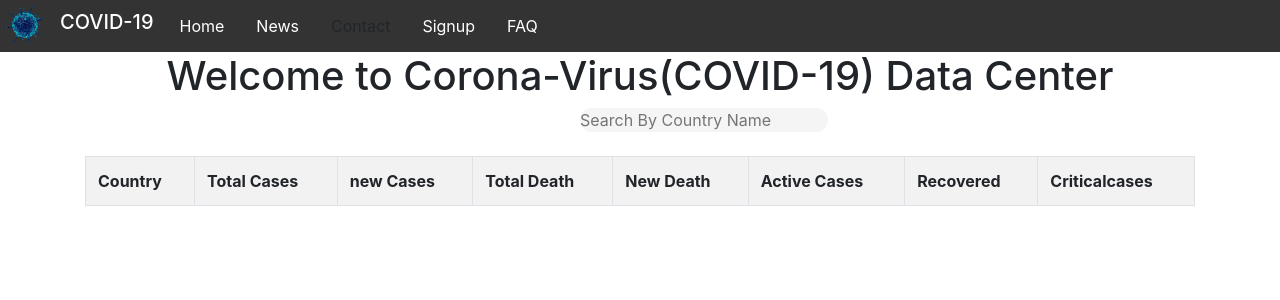
Repository: xthashankar/COVID-19-data-
Page: index.html
These files come from the project's save history. The page is drawn as it stood at one moment and after the next save; the edit follows.
The browser window is 1280 px wide. The pictures show the whole page.
The page's requests for data from a server got no answer.

Above is the page before, as saved 2020-04-15 18:58:06.

### index.html
<!DOCTYPE html>
<html lang="en">
<head>
    <meta charset="UTF-8">
    <meta name="viewport" content="width=device-width, initial-scale=1.0">
    <link rel="stylesheet" href="https://maxcdn.bootstrapcdn.com/bootstrap/4.4.1/css/bootstrap.min.css">
     <script src="https://ajax.googleapis.com/ajax/libs/jquery/3.4.1/jquery.min.js"></script>
     <script src="https://cdnjs.cloudflare.com/ajax/libs/popper.js/1.16.0/umd/popper.min.js"></script>
    <script src="https://maxcdn.bootstrapcdn.com/bootstrap/4.4.1/js/bootstrap.min.js"></script>
    <link rel="stylesheet" href="css/styles.css">
    <title>Document</title>
</head>
<body>
        <ul class="nav">
            <img src="image/coronavirus.png">
             <H5>COVID-19</H5>
            <li><a  href="#">Home</a></li>
            <li><a href="#">News</a></li>
            <li><a ref="#">Contact</a></li>
            <li><a href="#">Signup</a></li>
            <div class="dropdown">
                <button class="dropbtn">FAQ
                </button>
                <div class="dropdown-content">
                  <a href="qa.html">English</a>
                  <a href="nqa.html">Nepali</a>
                </div>

        </ul>
    <h1>Welcome to Corona-Virus(COVID-19) Data Center</h1>
    <input type="text" name="filter" id="search" placeholder="Search By Country Name" onkeyup="search()">
    <div class="container">

        <br>
        <table class="table table-bordered  table-striped">
            <thread>
                <tr>
                    <th>Country</th>
                    <th>Total Cases</th>
                    <th>new Cases</th>
                    <th>Total Death</th>
                    <th>New Death</th>
                    <th>Active Cases</th>
                    <th>Recovered</th>
                    <th>Criticalcases</th>
            </tr>
            </thread>
            <tbody  id="coranavirus">
            </tbody>
        </table>
    </div>
</body>
<script src="javascript/main.js"></script>
</html>

### css/styles.css
/*
body {
	font-family: 'Roboto', sans-serif;
	background-color: #eae7d9;
	margin: 0;
	padding: 0;
} */
*{
  padding: 0;
  margin: 0;
}
ul{
    list-style-type:none;
    overflow: hidden;
    background-color:#333;
}
li{
   float:right;
}
li a{

    display: block;
    color:white;
    text-align: center;
    padding: 14px 16px;
    text-decoration: none;
}
li a:hover{
    background-color: #111;
}
h1{
    text-align: center;
}
#search{

    border-radius: 10px;
    margin:5 auto;
    border-radius: 10px;
    margin-left: 580px;
    border: none;
    border-radius: 15px;
    background-color:whitesmoke;
}
img{
    width:50px;
    height:50px;
}

.navbar {
    overflow: hidden;
    background-color: #333;
  }

  .navbar a {
    float: left;
    font-size: 16px;
    color: white;
    text-align: center;
    padding: 14px 16px;
    text-decoration: none;
  }

  .dropdown {
    float: right;
    overflow: hidden;
  }

  .dropdown .dropbtn {
    font-size: 16px;
    border: none;
    outline: none;
    color: white;
    padding: 14px 16px;
    background-color: inherit;
    font-family: inherit;
    margin: 0;
  }

  .navbar a:hover, .dropdown:hover .dropbtn {
    background-color: red;
  }

  .dropdown-content {
    display: none;
    position: absolute;
    background-color: #f9f9f9;
    min-width: 160px;
    box-shadow: 0px 8px 16px 0px rgba(0,0,0,0.2);
    z-index: 1;
  }

  .dropdown-content a {
    float: none;
    color: black;
    padding: 12px 16px;
    text-decoration: none;
    display: block;
    text-align: left;
  }

  .dropdown-content a:hover {
    background-color: #ddd;
  }

  .dropdown:hover .dropdown-content {
    display: block;
  }
  .nav h5{
    margin: 10px;
    float: right;
	color: white;
  }

### javascript/main.js
// let who='';
let URL='https://nepalcorona.info/api/v1/data/world'
fetch(URL)
.then(function(response){
   return response.json()
}).then(function(covid){
//    console.log(covid);
       if(covid.length>0)
       {
           var coviddata='';
           covid.forEach(function(data){
            // coviddata +="<tr>";
            if(data.country!="")
            {
            coviddata +="<tr><td>"+data.country+"</td>";
            coviddata +="<td>"+data.totalCases+"</td>";
            coviddata +="<td>"+data.newCases+"</td>";
            coviddata +="<td>"+data.totalDeaths+"</td>";
            coviddata +="<td>"+data.newDeaths+"</td>";
            coviddata +="<td>"+data.activeCases+"</td>";
            coviddata +="<td>"+data.totalRecovered+"</td>";
            coviddata +="<td>"+data.criticalCases+"</td></tr>";
            console.log(coviddata);
            }
            document.getElementById('coranavirus').innerHTML=coviddata;
           })
       }
   })
   //for search
function search(){
    let filter=document.getElementById("search").value.toUpperCase();
    let table=document.getElementById("coranavirus");
    let tr=table.getElementsByTagName("tr");
    for(let i=0;i<tr.length;i++)
    {
     let td=tr[i].getElementsByTagName("td")[0];
        if(td)
        {
         let txtValue=td.textContent||td.innerText;
         if(txtValue.toUpperCase().indexOf(filter)>-1)
            {
            tr[i].style.display="";
            }else
            {
            tr[i].style.display="none";
            }
        }
    }
}

After the next save:
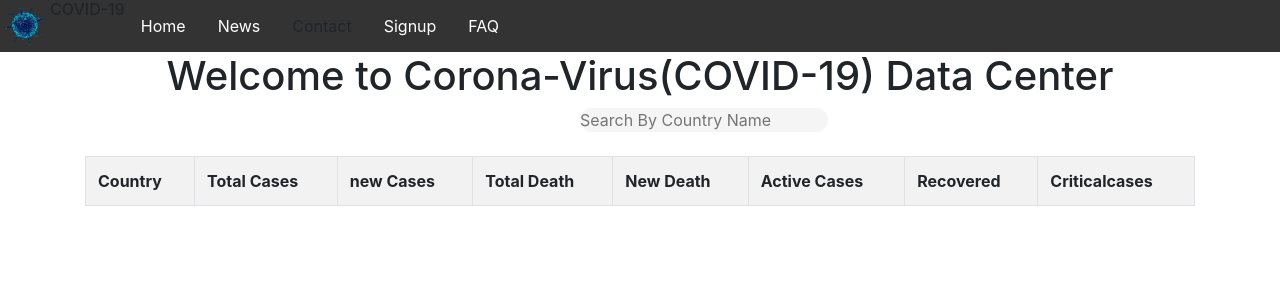
Saved 9 s later.
--- a/index.html
+++ b/index.html
@@ -13,7 +13,7 @@
 <body>
         <ul class="nav">
             <img src="image/coronavirus.png">
-             <H5>COVID-19</H5>
+             <H6>COVID-19</H6>
             <li><a  href="#">Home</a></li>
             <li><a href="#">News</a></li>
             <li><a ref="#">Contact</a></li>
